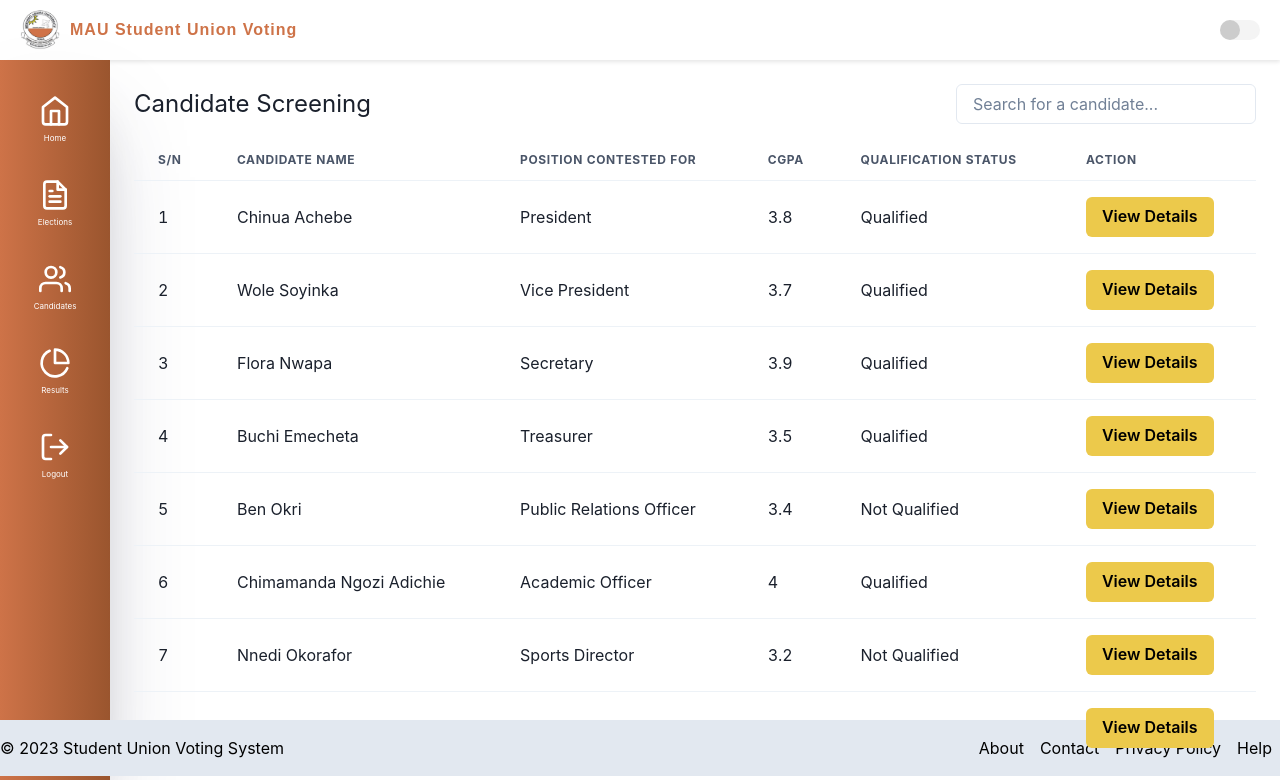
Repository: joena1o/e-vote
Page: /ElectionCommittee-dashboard/candidates-screening
These files come from the project's save history. The page is drawn as it stood at one moment and after the next save; the edit follows.
The browser window is 1280 px wide. The pictures show the whole page.
An inner scrolling area shows only its first screen. The project was rebuilt for these pictures with package versions that can differ from the ones it lists, and the page was loaded fresh each time. Also part of the build but not shown: src/components/EnhancedLogin.js, src/components/maincontent/RegisterStudents/ManageStudents.js, src/components/maincontent/RegisterStudents/RegisterStudents.js, src/components/maincontent/RegisterStudents/StudentManagement.js, src/components/maincontent/ElectionResults/ViewResults.js, src/components/maincontent/ElectionResults/report.js, src/components/maincontent/ElectionResults/ViewElectionResults.js, src/components/maincontent/Settings/Settings.js and 22 more.

Above is the page before, as saved 2023-11-24 21:31:54.

After the next save:
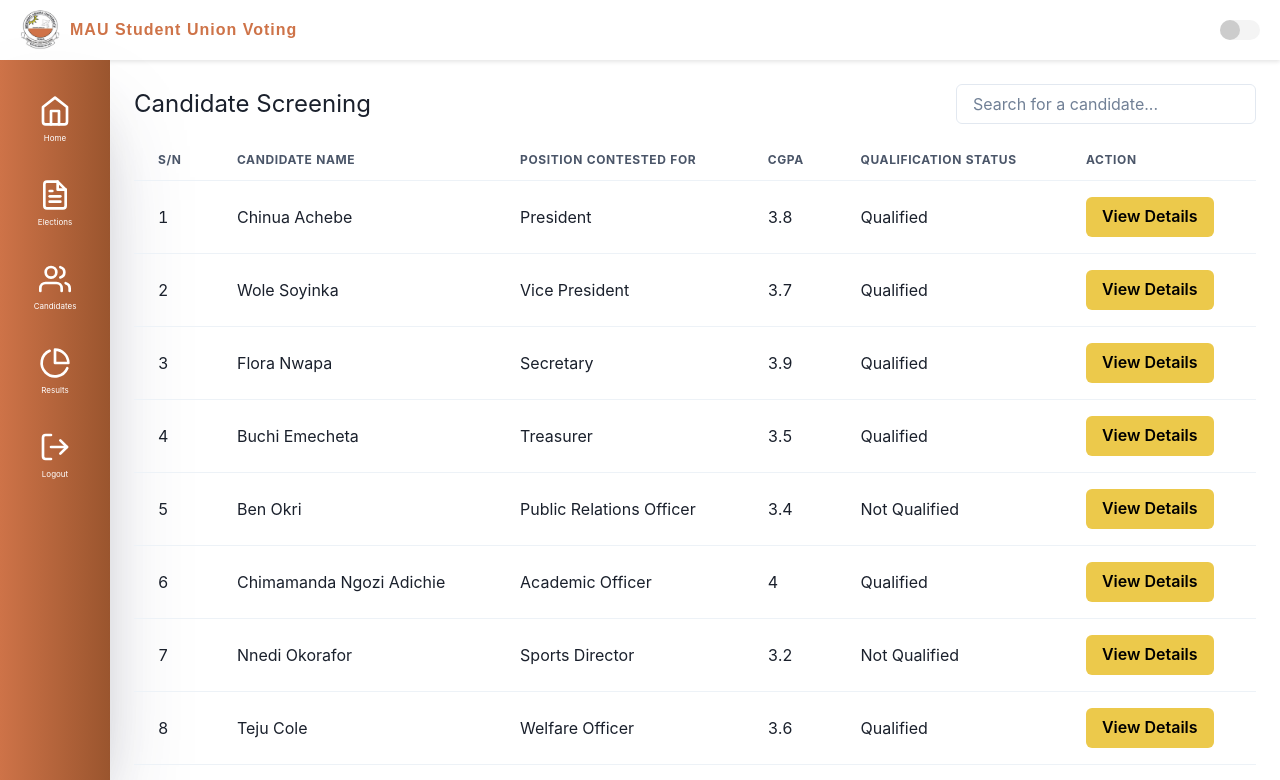
Saved 2 min 18 s later.
--- a/src/App.js
+++ b/src/App.js
@@ -3,11 +3,11 @@ import { BrowserRouter as Router, Routes, Route, Navigate } from 'react-router-d
 import EnhancedLogin from './components/EnhancedLogin';
 import AdminDashboard from './components/AdminDashboard';
 import StudentDashboard from './components/StudentDashboard';
-import ElectionCommitteeDashboard from './components/maincontent/ElectionCommitteeDashboard';
-import Footer from './components/Footer';
-import { ChakraProvider, ColorModeProvider, Button, useColorMode, Flex, Box } from '@chakra-ui/react';
+import { ChakraProvider, ColorModeProvider, Button, useColorMode } from '@chakra-ui/react';
 import { Provider } from 'react-redux';
 import store from './Redux/store';
+import ElectionCommitteeDashboard from './components/maincontent/ElectionCommitteeDashboard';
+
 
 // Component to toggle dark mode
 function DarkModeToggle() {
@@ -20,30 +20,26 @@ function DarkModeToggle() {
 }
 
 function App() {
-  const { colorMode } = useColorMode();
+  // Check if the current route is not the "/login" route, then render the DarkModeToggle
+  // const isLoginPage = window.location.pathname === '/login';
 
   return (
     <Provider store={store}>
       <ChakraProvider>
         <ColorModeProvider options={{ useSystemColorMode: true }}>
           <Router>
-            <Flex direction="column" minHeight="100vh">
-              <Box flex="1">
-                <Routes>
-                  {/* Define your routes */}
-                  <Route path="/login" element={<EnhancedLogin />} />
-                  <Route path="/admin-dashboard/*" element={<AdminDashboard />} />
-                  <Route path="/ElectionCommittee-dashboard/*" element={<ElectionCommitteeDashboard />} />
-                  <Route path='/student-dashboard/*' element={<StudentDashboard />} />
-                  {/* Redirect root to /admin-dashboard */}
-                  <Route path="/" element={<Navigate to="/admin-dashboard" replace />} />
-                </Routes>
-              </Box>
-              {/* Render DarkModeToggle only if not on the "/login" page */}
-              {/* {!isLoginPage && <DarkModeToggle />} */}
-              <Footer colorMode={colorMode} />
-            </Flex>
+            <Routes>
+              {/* Define your routes */}
+              <Route path="/login" element={<EnhancedLogin />} />
+              <Route path="/admin-dashboard/*" element={<AdminDashboard />} />
+              <Route path="/ElectionCommittee-dashboard/*" element={<ElectionCommitteeDashboard />} />
+              <Route path='/student-dashboard/*' element={<StudentDashboard />} />
+              {/* Redirect root to /admin-dashboard */}
+              <Route path="/" element={<Navigate to="/admin-dashboard" replace />} />
+            </Routes>
           </Router>
+          {/* Render DarkModeToggle only if not on the "/login" page */}
+          {/* {!isLoginPage && <DarkModeToggle />} */}
         </ColorModeProvider>
       </ChakraProvider>
     </Provider>
